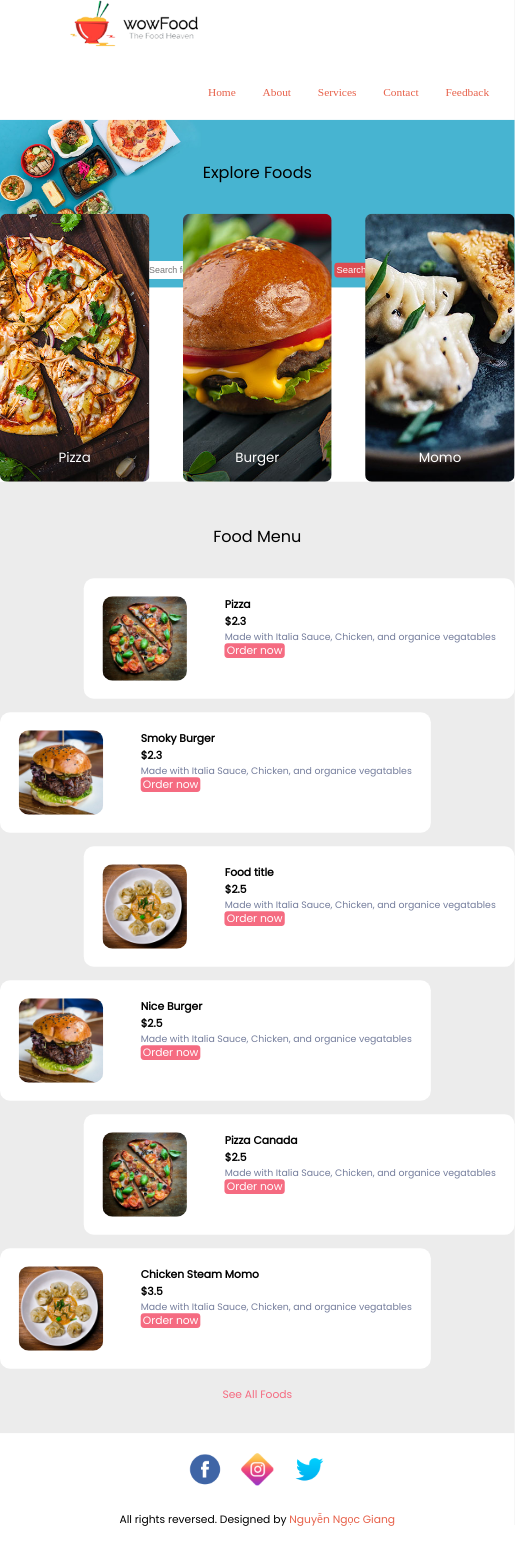
Repository: ruaruababa/WowFood
Page: index.html
The author's editor kept a copy of each file at every save. The page is drawn from the files as they stood at one save, then again after the next save.
The browser window is 768 px wide. The pictures show the whole page, at 67% of full size.

Above is the page before, as saved 2021-09-19 10:54:54.

After the next save:
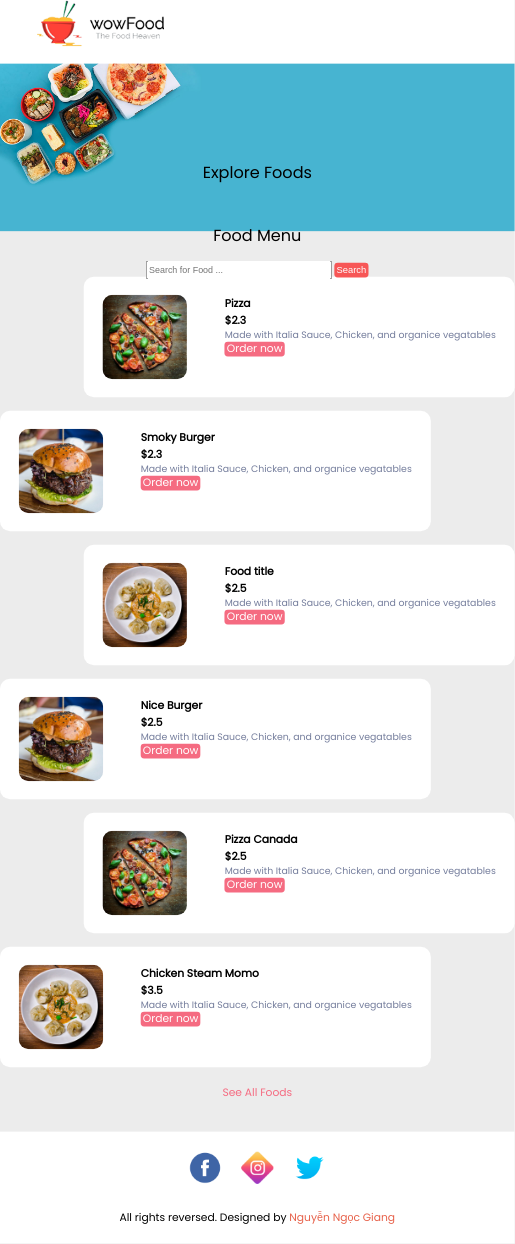
Saved 39 s later.
--- a/style.css
+++ b/style.css
@@ -270,3 +270,43 @@ article {
   text-decoration: none;
   color: #e7614a;
 }
+
+@media (max-width: 952px){
+  label.logo{
+    font-size: 30px;
+    padding-left: 50px;
+  }
+  nav ul li a{
+    font-size: 16px;
+  }
+}
+@media (max-width: 858px){
+  .checkbtn{
+    display: block;
+  }
+  ul{
+    position: fixed;
+    width: 100%;
+    height: 100vh;
+    background: #2c3e50;
+    top: 80px;
+    left: -100%;
+    text-align: center;
+    transition: all .5s;
+  }
+  nav ul li{
+    display: block;
+    margin: 50px 0;
+    line-height: 30px;
+  }
+  nav ul li a{
+    font-size: 20px;
+  }
+  a:hover,a.active{
+    background: none;
+    color: #0082e6;
+  }
+  #check:checked ~ ul{
+    left: 0;
+  }
+}
